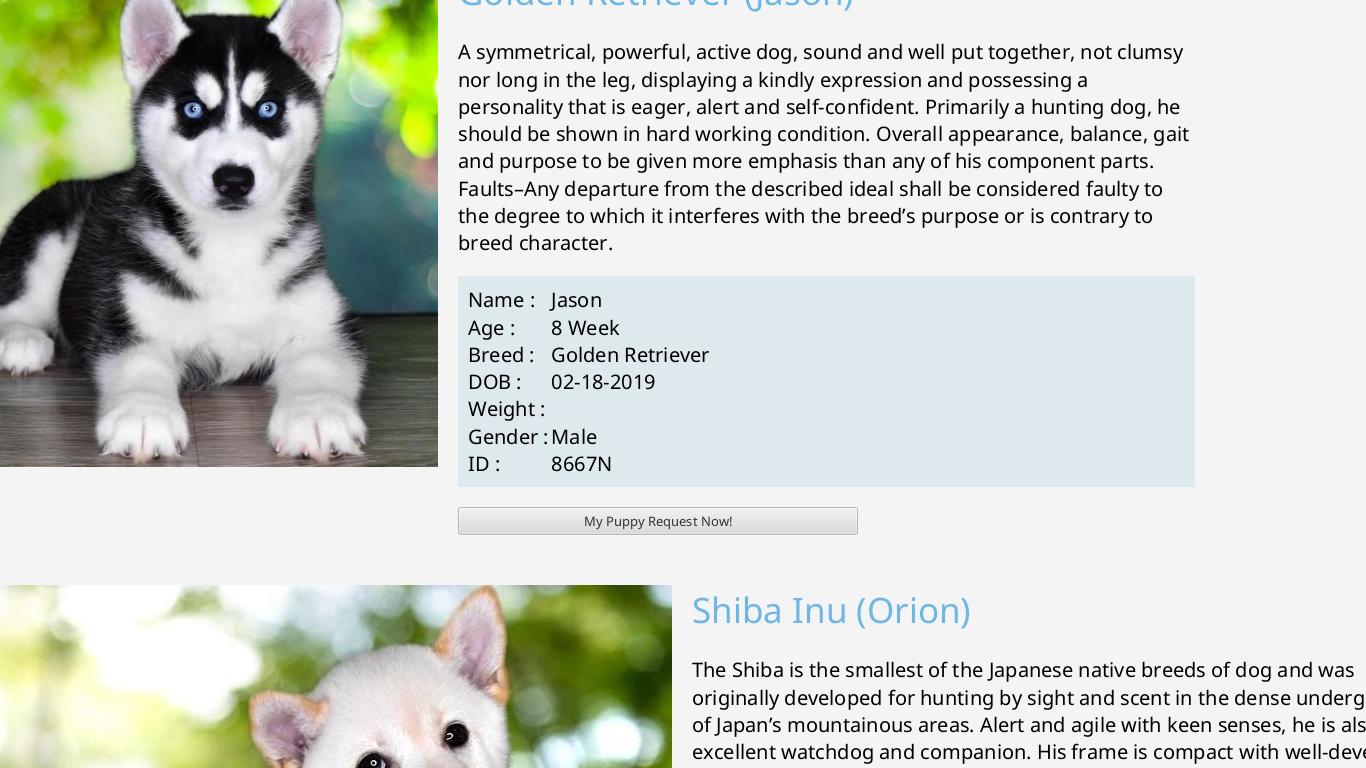
Repository: Cnibungco/CS2450
Program's window: java Assignment4/src/Nursery.java
These files come from the project's save history. The program's window is drawn as it stood at one moment and after the next save; the edit follows.
It runs on Java 21 on a 1366 x 768 screen with JavaFX 11; the title bar is not drawn. Parts beyond the screen are cut off. It also reads Assignment4/Pictures/dog1.jpg, Assignment4/Pictures/dog2.jpg.

Above is the program's window before, as saved 2019-04-28 21:18:45.

After the next save:
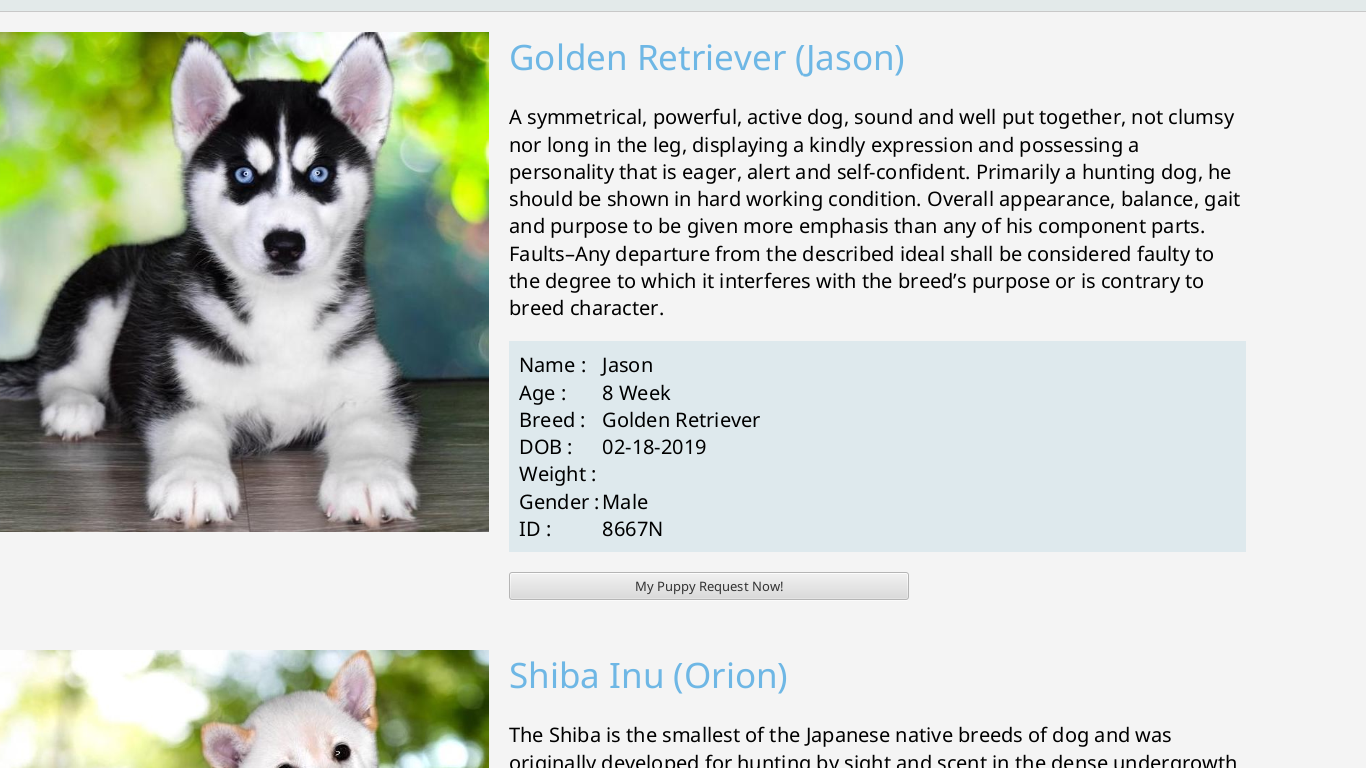
Saved 2 min 40 s later.
--- a/Assignment4/src/Nursery.java
+++ b/Assignment4/src/Nursery.java
@@ -117,6 +117,8 @@
 
 		Image dog2Image = new Image("file:Pictures/dog2.jpg");
 		ImageView dog2ImageView = new ImageView(dog2Image);
+		dog2ImageView.setFitHeight(500);
+		dog2ImageView.setFitWidth(500);
 
 
 		Label shibaLabel = new Label("Shiba Inu (Orion)");
